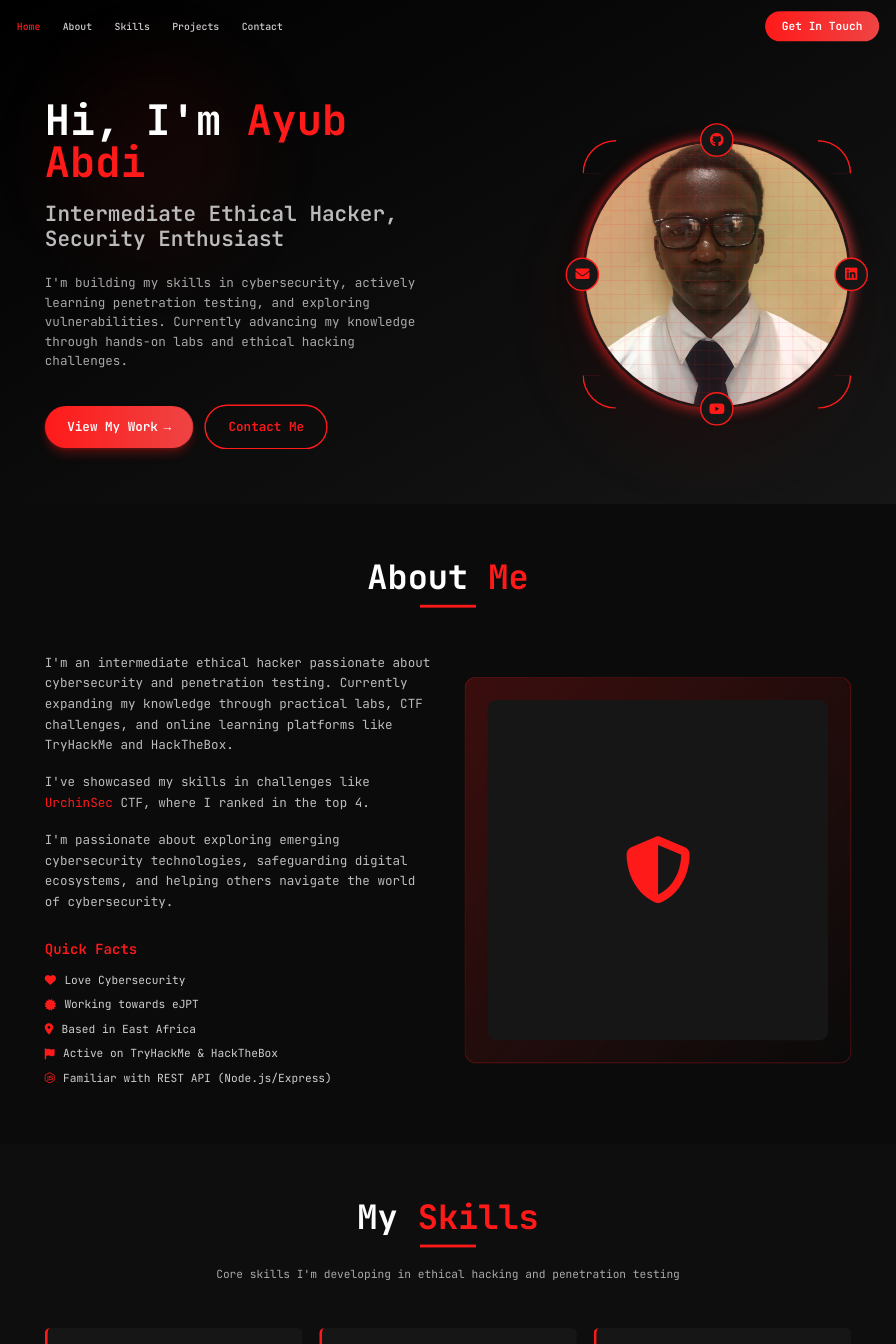
Repository: Eyub-Abdi/portfolio
Page: /
These files come from the project's save history. The page is drawn as it stood at one moment and after the next save; the edit follows.
The browser window is 1280 px wide. The pictures show the part of the page from y = 0 to 1920 px (the page is 5036 px tall), at 70% of full size.
The project was rebuilt for these pictures with package versions that can differ from the ones it lists, and the page was loaded fresh each time. Also part of the build but not shown: vite.config.ts.

Above is the page before, as saved 2025-12-02 13:38:20.

### index.html
<!DOCTYPE html>
<html lang="en">
  <head>
    <meta charset="UTF-8" />
    <link rel="icon" type="image/svg+xml" href="/vite.svg" />
    <meta name="viewport" content="width=device-width, initial-scale=1.0" />
    <title>Ayub Abdi | Intermediate Ethical Hacker & Security Enthusiast</title>
    <meta name="description" content="Portfolio of Ayub Abdi - Intermediate ethical hacker learning penetration testing, cybersecurity fundamentals, and practical hacking skills." />
    <meta name="keywords" content="cybersecurity, ethical hacking, penetration testing, network security, vulnerability assessment, Ayub Abdi" />
    <meta name="author" content="Ayub Abdi" />

    <!-- Open Graph / Facebook -->
    <meta property="og:type" content="website" />
    <meta property="og:title" content="Ayub Abdi | Cybersecurity Specialist" />
    <meta property="og:description" content="Portfolio showcasing cybersecurity projects, penetration testing, and ethical hacking expertise" />

    <!-- Twitter -->
    <meta name="twitter:card" content="summary_large_image" />
    <meta name="twitter:title" content="Ayub Abdi | Cybersecurity Specialist" />
    <meta name="twitter:description" content="Portfolio showcasing cybersecurity projects, penetration testing, and ethical hacking expertise" />

    <!-- Font Awesome -->
    <link rel="stylesheet" href="https://cdnjs.cloudflare.com/ajax/libs/font-awesome/6.5.0/css/all.min.css" referrerpolicy="no-referrer" />
  </head>
  <body>
    <div id="root"></div>
    <script type="module" src="/src/main.tsx"></script>
  </body>
</html>

### src/index.css
@import url('https://fonts.googleapis.com/css2?family=JetBrains+Mono:wght@400;500;600;700&display=swap');

@tailwind base;
@tailwind components;
@tailwind utilities;

* {
  margin: 0;
  padding: 0;
  box-sizing: border-box;
}

body {
  font-family: 'JetBrains Mono', monospace;
  background-color: #0b0b0b;
  color: #cfcfcf;
  line-height: 1.7;
  overflow-x: hidden;
}

html {
  scroll-behavior: smooth;
}

::-webkit-scrollbar {
  width: 10px;
}

::-webkit-scrollbar-track {
  background: #0b0b0b;
}

::-webkit-scrollbar-thumb {
  background: #ff1a1a;
  border-radius: 5px;
}

::-webkit-scrollbar-thumb:hover {
  background: #ff4040;
}

/* Clean Scanning Animations */
@keyframes scan-down {
  0% {
    top: 0%;
    opacity: 0;
  }
  5% {
    opacity: 1;
  }
  50% {
    opacity: 1;
  }
  95% {
    opacity: 1;
  }
  100% {
    top: 100%;
    opacity: 0;
  }
}

@keyframes scan-up {
  0% {
    top: 100%;
    opacity: 0;
  }
  5% {
    opacity: 0.7;
  }
  50% {
    opacity: 0.7;
  }
  95% {
    opacity: 0.7;
  }
  100% {
    top: 0%;
    opacity: 0;
  }
}

.animate-scan-down {
  animation: scan-down 4s ease-in-out infinite;
}

.animate-scan-up {
  animation: scan-up 4s ease-in-out infinite;
  animation-delay: 2s;
}

Loaded but not shown: src/main.tsx (common file); tailwind.config.js (18 lines, source omitted); src/App.tsx (517 lines, source omitted)

After the next save:
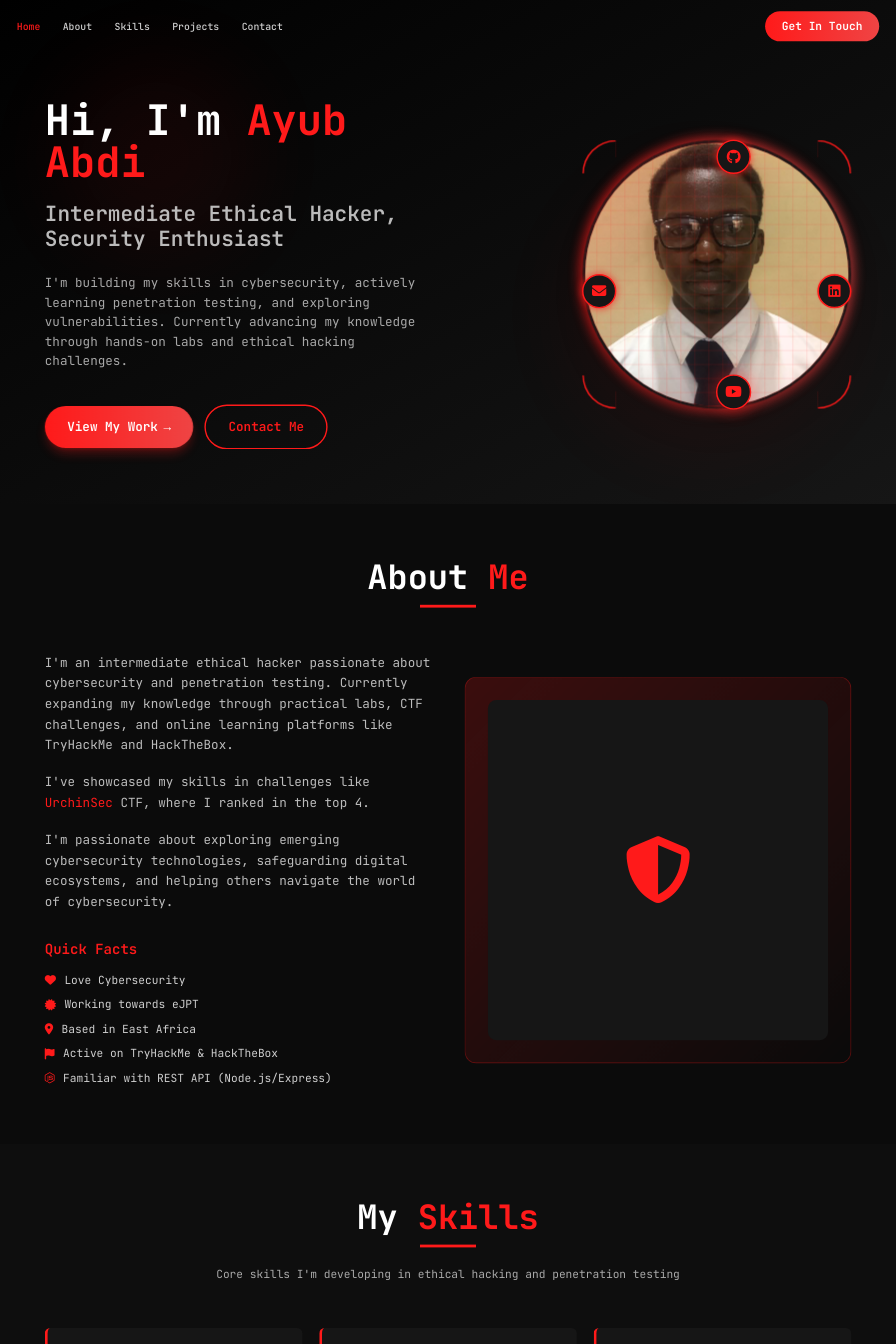
Saved 23 s later.
--- a/src/index.css
+++ b/src/index.css
@@ -88,3 +88,34 @@ html {
   animation: scan-up 4s ease-in-out infinite;
   animation-delay: 2s;
 }
+
+/* Orbiting Social Icons Animations */
+@keyframes orbit-pulse {
+  0%, 100% {
+    transform: scale(1);
+    box-shadow: 0 0 0 0 rgba(255, 26, 26, 0.7);
+  }
+  50% {
+    transform: scale(1.05);
+    box-shadow: 0 0 20px 5px rgba(255, 26, 26, 0.3);
+  }
+}
+
+.animate-orbit-1 {
+  animation: orbit-pulse 3s ease-in-out infinite;
+}
+
+.animate-orbit-2 {
+  animation: orbit-pulse 3s ease-in-out infinite;
+  animation-delay: 0.75s;
+}
+
+.animate-orbit-3 {
+  animation: orbit-pulse 3s ease-in-out infinite;
+  animation-delay: 1.5s;
+}
+
+.animate-orbit-4 {
+  animation: orbit-pulse 3s ease-in-out infinite;
+  animation-delay: 2.25s;
+}
